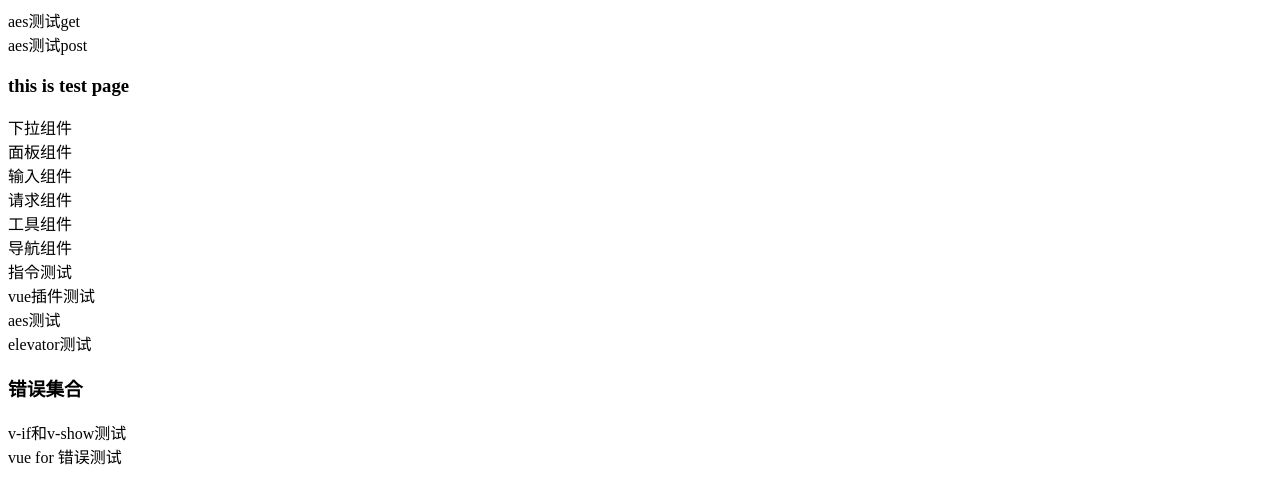
Repository: gaomin-github/my-pj6
Page: /
These files come from the project's save history. The page is drawn as it stood at one moment and after a run of saves; the edit follows.
The browser window is 1280 px wide. The pictures show the whole page.
The project was rebuilt for these pictures with package versions that can differ from the ones it lists, and the page was loaded fresh each time.

Above is the page before, as saved 2019-12-05 16:46:33.

### src/main.js
"use strict";
import Vue from 'vue';
import VueRouter from 'vue-router';

import router from './router.js';
import App from './app.vue';
// 注册是为了能在vue实例中使用route实例
// import image1 from '../static/1.jpg';
console.log(__dirname);
console.log('22222222222');
console.log('33333333');

// Vue.use(tip);
Vue.use(VueRouter)

let vm = new Vue({
    el: '#app',
    components: {
        'App': App
    },
    template: '<App/>',
    router: router
})

### src/router.js
import VueRouter from 'vue-router';
import directory from './directory.vue';
// import dropDownDemo from './components/drop-down/demo';
// import panelDemo from './components/panel/demo';
// import dataDemo from './components/datas/demo';
// import httpDemo from './components/reqs/MyAjax.vue';
// import toolDemo from './components/tools/demo.vue';
// import navDemo from './components/nav/demo.vue';
// import directDemo from './components/direct/demo.vue';
// import directDemo2 from './components/direct/demo2.vue';
// import vuePluginDemo from './components/vuePlugins/demo.vue';
let routes = new VueRouter({
    mode: 'history',
    routes: [
        {
            path: '',
            component: directory,
        },
        // {
        //     path: '/drop-down-demo',
        //     component: dropDownDemo
        // }, {
        //     path: '/panelDemo',
        //     component: panelDemo
        // }, {
        //     path: '/dataDemo',
        //     component: dataDemo
        // }, {
        //     path: '/httpDemo',
        //     component: httpDemo
        // }, {
        //     path: '/toolDemo',
        //     component: toolDemo
        // }, {
        //     path: '/navDemo',
        //     component: navDemo
        // }, {
        //     path: '/directDemo',
        //     component: directDemo
        // },
        // {
        //     path:'/directDemo2',
        //     component:directDemo2
        // },
        // {
        //     path: '/vuePluginDemo',
        //     component: vuePluginDemo
        // }
        // ,
        // {
        //     path:'/errorPopDemo',
        //     component:()=>import('./errorInPractice/pop-demo.vue')
        // },{
        //     path:'/vueFor',
        //     component:()=>import('./errorInPractice/vueFor.vue')
        // },
        {
            path: '/elevatorDemo',
            component: () => import('./elevator/elevator.vue')
        }

    ]

})
export default routes;

### src/app.vue
<template>
    <section>
        <section @click="aesGetTest">aes测试get</section>
        <section @click="aesPostTest">aes测试post</section>
        <test/>
        <router-view></router-view>
    </section>
</template>
<script>
import test from './test.vue';
import {aesRequestPost,aesRequestGet} from './test/aesRequest.js';
export default({
    components:{
        test
    },
    methods:{
        aesGetTest(){
            console.log('aes get test');
            aesRequestGet().then((result)=>{
                console.log(result);
                console.log('aes gettest end');
            });
        },
        aesPostTest(){
            console.log('aes post test');
            aesRequestPost().then(result=>{
                console.log(result);
                console.log('aes posttest end');
            });
        }
    }
})
</script>
<style>
ul,li,ol{
    list-style: none;
    text-decoration: none;
}
ul,li,ol,section,p,input{
    margin:0px;
    padding:0px;
    font-size: inherit;
    box-sizing: border-box;
}
</style>

### src/directory.vue
<template>
    <section>
        <section class="demo_title" @click="enterCon('drop-down-demo')">下拉组件</section>
        <section class="demo_title" @click="enterCon('panelDemo')">面板组件</section>
        <section class="demo_title" @click="enterCon('dataDemo')">输入组件</section>
        <section class="demo_title" @click="enterCon('httpDemo')">请求组件</section>
        <section class="demo_title" @click="enterCon('toolDemo')">工具组件</section>
        <section class="demo_title" @click="enterCon('navDemo')">导航组件</section>
        <section class="demo_title" @click="enterCon('directDemo')">指令测试</section>
        <!--<section class="demo_title" @click="enterCon('directDemo2')">指令测试2</section>-->
        <section class="demo_title" @click="enterCon('vuePluginDemo')">vue插件测试</section>
        <section class="demo_title" @click="aesTest">aes测试</section>
        <section class="demo_title" @click="enterCon('elevatorDemo')">elevator测试</section>
        <h3>错误集合</h3>
        <section class="demo_title" @click="enterCon('errorPopDemo')">v-if和v-show测试</section>
        <section class="demo_title" @click="enterCon('vueFor')">vue for 错误测试</section>
    </section>
</template>
<script lang="ts">
import Vue from "vue";
//    import
export default Vue.extend({
    methods: {
        enterCon: function(param: string) {
            this.$router.push(param);
        },
        aesTest: function() {}
    }
});
</script>
<style scoped>
.demo_title {
    cursor: pointer;
}
</style>

### src/test.vue
<template>
    <section>
        <h1>this is test page</h1>
    </section>
</template>
<script lang="ts">
    import Vue from 'vue';

    export default Vue.extend({})
</script>
<style lang="scss" scoped>

</style>

### src/test/aesRequest.js
export function aesRequestGet(){
    return fetch('http://localhost:8080/AESGet',{
        method:'GET',
        headers:{
            "app-token":"123getreq"
        },
        body:null
    }).then(res1=>{
        console.log('app-token:'+res1.headers.get('app-token'));
        return res1.text();
    }).then(res2=>{
        return res2+',1'
    })

}
export function aesRequestPost(){
    return fetch('http://localhost:8080/AESPost',{
        method:'POST',
        // mode:'cors',
        headers:{
            'content-type':'application/json',
            "app-token":"123 post req"
        },
        body:(new Date()).getTime()
    }).then(res=>{
        console.log(res);
        res.headers.forEach(o=>{
            console.log(o)
        })
        return Promise.resolve(res.text())
    })
}

After the next 4 saves:
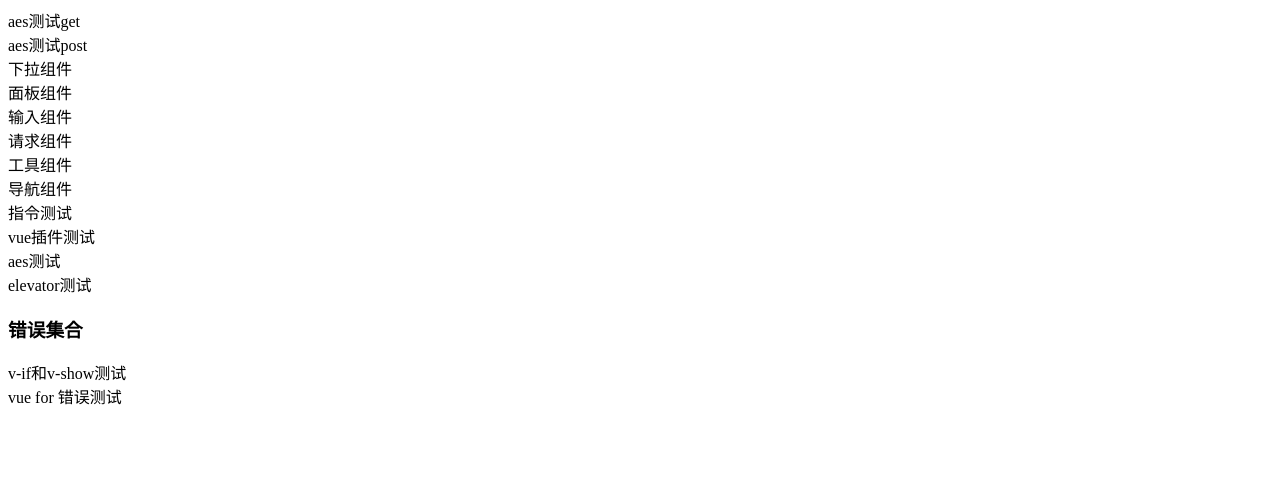
The 4 saves are shown as one change because 3 did not build or start.
The last was saved 4 min 3 s later.
--- a/src/app.vue
+++ b/src/app.vue
@@ -2,43 +2,50 @@
     <section>
         <section @click="aesGetTest">aes测试get</section>
         <section @click="aesPostTest">aes测试post</section>
-        <test/>
+        <!-- <test /> -->
         <router-view></router-view>
     </section>
 </template>
 <script>
-import test from './test.vue';
-import {aesRequestPost,aesRequestGet} from './test/aesRequest.js';
-export default({
-    components:{
-        test
+// import test from './test.vue';
+// import {aesRequestPost,aesRequestGet} from './test/aesRequest.js';
+export default {
+    components: {
+        // test
     },
-    methods:{
-        aesGetTest(){
-            console.log('aes get test');
-            aesRequestGet().then((result)=>{
-                console.log(result);
-                console.log('aes gettest end');
-            });
+    methods: {
+        aesGetTest() {
+            // console.log('aes get test');
+            // aesRequestGet().then((result)=>{
+            //     console.log(result);
+            //     console.log('aes gettest end');
+            // });
         },
-        aesPostTest(){
-            console.log('aes post test');
-            aesRequestPost().then(result=>{
-                console.log(result);
-                console.log('aes posttest end');
-            });
+        aesPostTest() {
+            // console.log('aes post test');
+            // aesRequestPost().then(result=>{
+            //     console.log(result);
+            //     console.log('aes posttest end');
+            // });
         }
     }
-})
+};
 </script>
 <style>
-ul,li,ol{
+ul,
+li,
+ol {
     list-style: none;
     text-decoration: none;
 }
-ul,li,ol,section,p,input{
-    margin:0px;
-    padding:0px;
+ul,
+li,
+ol,
+section,
+p,
+input {
+    margin: 0px;
+    padding: 0px;
     font-size: inherit;
     box-sizing: border-box;
 }
--- a/src/directory.vue
+++ b/src/directory.vue
@@ -16,17 +16,17 @@
         <section class="demo_title" @click="enterCon('vueFor')">vue for 错误测试</section>
     </section>
 </template>
-<script lang="ts">
+<script>
 import Vue from "vue";
 //    import
-export default Vue.extend({
+export default {
     methods: {
-        enterCon: function(param: string) {
+        enterCon: function(param) {
             this.$router.push(param);
         },
         aesTest: function() {}
     }
-});
+};
 </script>
 <style scoped>
 .demo_title {
